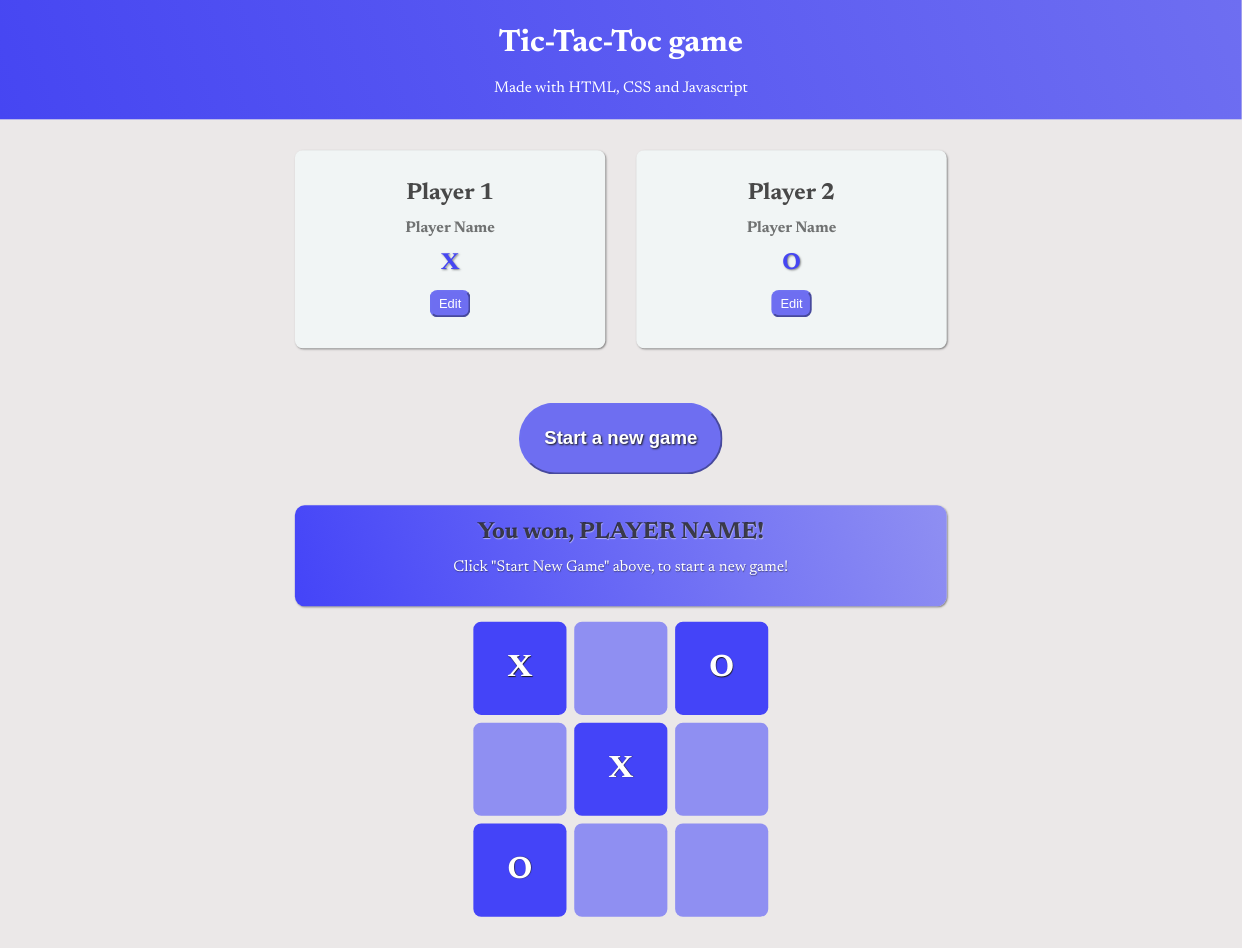
Repository: MicTomm/Tic-tac-toe-game
Page: index.html
An editor plug-in stored every save of this project. The page is shown before and after the next save, followed by the edit.
The browser window is 1280 px wide. The pictures show the whole page, at 97% of full size.

Above is the page before, as saved 2023-06-25 13:51:01.

After the next save:
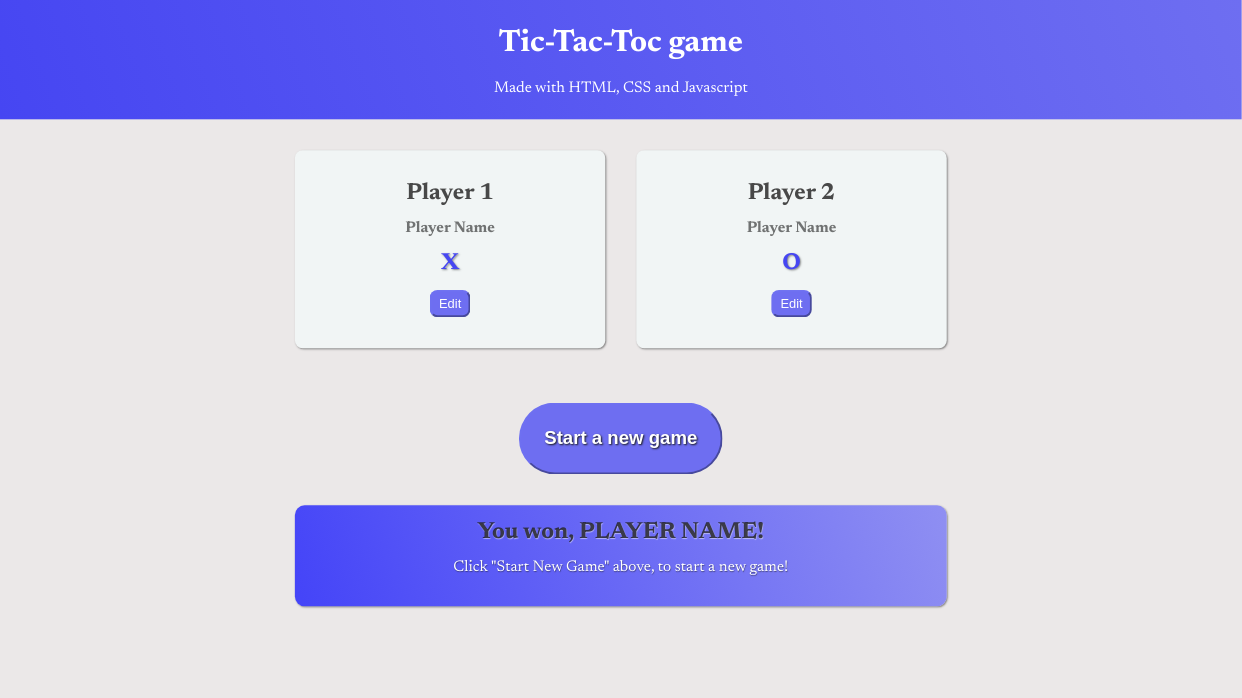
Saved 2 min 27 s later.
--- a/styles/game-execution.css
+++ b/styles/game-execution.css
@@ -29,7 +29,7 @@
 }
 
 #game-board{
-    display: grid;
+    display: none;
     justify-content: center;
     grid-template-columns: repeat(3, 6rem); /*lo stesso che scrivere 6rem 6rem 6rem*/
     grid-template-rows: repeat(3, 6rem);
